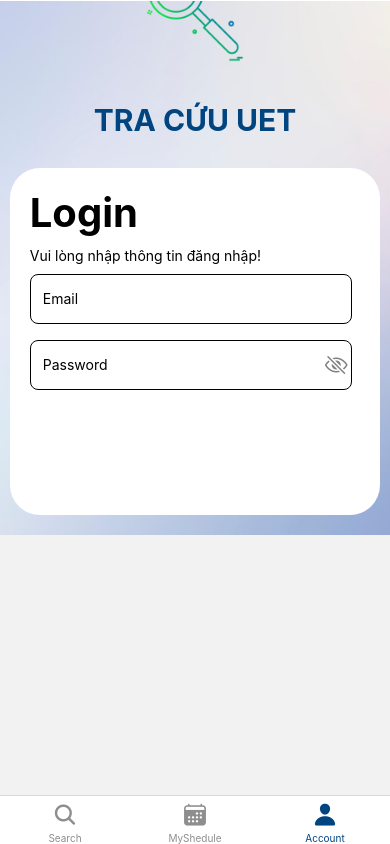
Repository: nguyenkhackien/Student-Progress-Tracker-
Screen: /Account (app in MyApp/)
The author's editor kept a copy of each file at every save. The screen is drawn from the files as they stood at one save, then again after the next save.
The app was drawn by React Native's web renderer in a window 390 px wide. The project was rebuilt for these pictures with package versions that can differ from the ones it lists, and the page was loaded fresh each time. Also part of the build but not shown: MyApp/src/components/MyScheduleScreen.js.

Above is the screen before, as saved 2024-07-21 22:13:05.

After the next save:
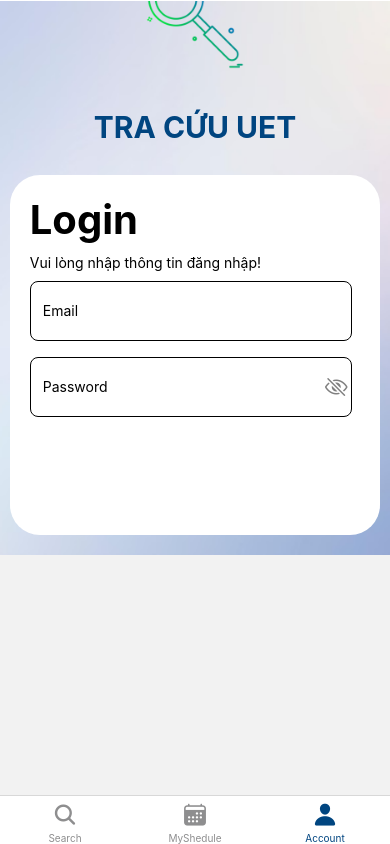
Saved 29 s later.
--- a/MyApp/src/components/LoginScreen.js
+++ b/MyApp/src/components/LoginScreen.js
@@ -105,7 +105,7 @@ const styles = {
     },
     input: {
         flex: 1,
-        height: 50,
+        height: 60,
         borderWidth: 1,
         borderRadius: 8,
         paddingHorizontal: 12,
